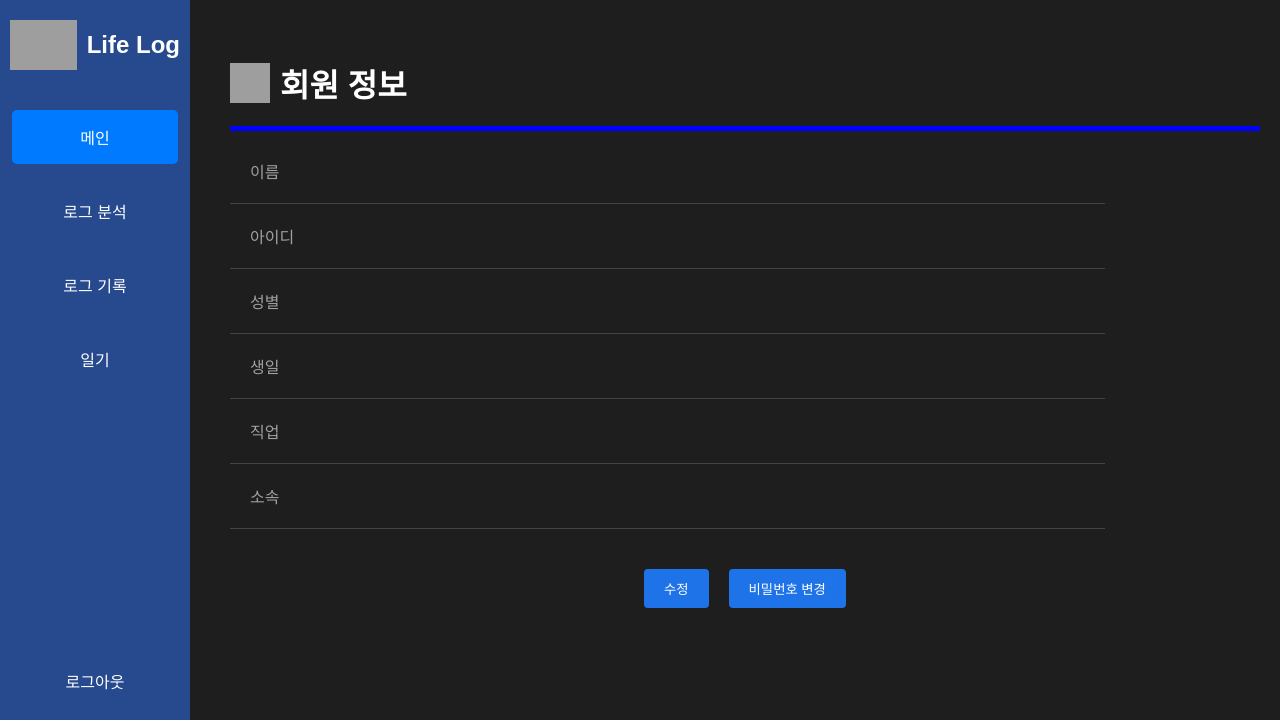
Repository: Hyuk-II/2-2
Page: http://localhost/LifeLog/profile.jsp
These files come from the project's save history. The page is drawn as it stood at one moment and after the next save; the edit follows.
The browser window is 1280 px wide. The pictures show the whole page.
Pictures or frames that could not be fetched are drawn as grey boxes. The page is served by Tomcat 9. The session is filled in as if someone had signed in: {"email": "test@example.com", "name": "Test User"}. Queries for data that is not in the repository find no rows.

Above is the page before, as saved 2024-12-14 12:09:20.

After the next save:
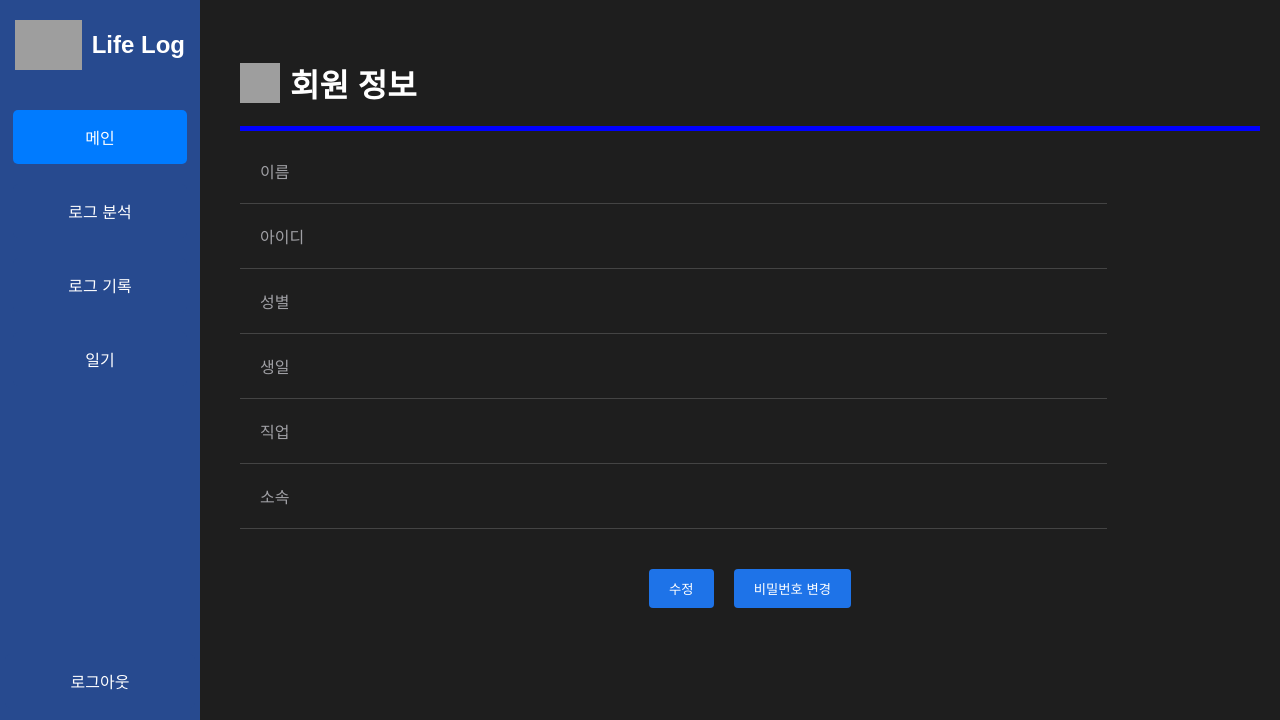
Saved 8 s later.
--- a/웹 프로그래밍/LifeLog/src/main/webapp/profile.jsp
+++ b/웹 프로그래밍/LifeLog/src/main/webapp/profile.jsp
@@ -23,7 +23,7 @@
         }
 
         .menu-bar {
-            wicth:200px;
+            width:200px;
             background-color: #274a8f;
             display: flex;
             flex-direction: column;
